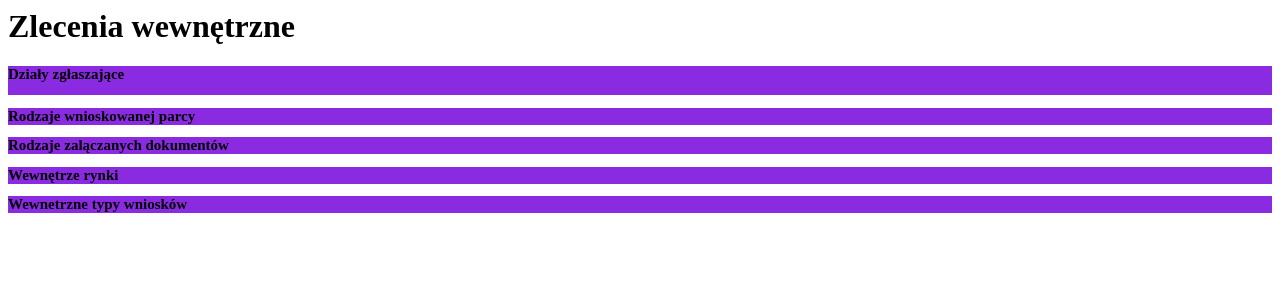
Repository: emdes515/EHpanel
Page: html/dashboardZleceniaWewnetrzne.html
An editor plug-in stored every save of this project. The page is shown before and after the next save, followed by the edit.
The browser window is 1280 px wide. The pictures show the whole page.

Above is the page before, as saved 2024-04-18 07:43:09.
Console error: ReferenceError: $ is not defined

### html/dashboardZleceniaWewnetrzne.html
<style>
	h2 {
		font-size: 15px;
		margin-top: 10px;
	}
</style>

<h1 class="text-center w-100">Zlecenia wewnętrzne</h1>

<div
	class="d-grid grid-col container-fluid text-center"
	style="height: 80vh">
	<div class="row">
		<div
			class="col border-primary"
			style="background-color: blueviolet"
			id="dashboardZleceniaWewnetrzneDzialyZglaszajace">
			<h2 style="height: 5%">Działy zgłaszające</h2>
			<div id="dashboardZleceniaWewnetrzneDzialyZglaszajacePulpit"></div>
		</div>

		<div
			class="col border-primary"
			style="background-color: blueviolet"
			id="dashboardZleceniaWewnetrzneRodzajeWnioskowanejPracy">
			<h2>Rodzaje wnioskowanej parcy</h2>
			<div id="dashboardZleceniaWewnetrzneRodzajeWnioskowanejPracyPulpit"></div>
		</div>

		<div
			class="col border-primary"
			style="background-color: blueviolet"
			id="dashboardZleceniaWewnetrzneRodzajeZalaczanychDokumentow">
			<h2>Rodzaje zalączanych dokumentów</h2>
			<div id="dashboardZleceniaWewnetrzneRodzajeZalaczanychDokumentowPulpit"></div>
		</div>
	</div>

	<div class="row">
		<div
			class="col-4 border-primary"
			style="background-color: blueviolet"
			id="dashboardZleceniaWewnetrzneRynki">
			<h2>Wewnętrze rynki</h2>
			<div id="dashboardZleceniaWewnetrzneRynkiPulpit"></div>
		</div>

		<div
			class="col-4 border-primary"
			style="background-color: blueviolet"
			id="dashboardZleceniaWewnetrzneTypyWnioskow">
			<h2>Wewnetrzne typy wniosków</h2>
			<div id="dashboardZleceniaWewnetrzneTypyWnioskowPulpit"></div>
		</div>
	</div>

	<script
		type="text/javascript"
		src="js/dashboardZleceniaWewnetrzne.js"></script>
</div>

### js/dashboardZleceniaWewnetrzne.js
$(document).ready(function () {
	const daneJSON = wczytajDane('php/index.php', {
		modul: 'dashboardZleceniaWewnetrzne',
		funkcja: 'wczytaj',
		idPracownika: wczytajDane('php/index.php', {
			modul: 'logowanie',
			funkcja: 'getIdPracownika',
		}).wynik,
	});

	if (daneJSON['menu_zleceniaWewnetrzne_dzialZglaszajacy'].menu_zleceniaWewnetrzne_dzialZglaszajacy)
		$('#dashboardZleceniaWewnetrzneDzialyZglaszajacePulpit').html(
			daneJSON['menu_zleceniaWewnetrzne_dzialZglaszajacy'].html
		);
	else $('#dashboardZleceniaWewnetrzneDzialyZglaszajacePulpit').load('html/brakUprawnien.html');

	if (
		daneJSON['menu_zleceniaWewnetrzne_rodzajWnioskowanejPracy']
			.menu_zleceniaWewnetrzne_rodzajWnioskowanejPracy
	)
		$('#dashboardZleceniaWewnetrzneRodzajeWnioskowanejPracyPulpit').html(
			daneJSON['menu_zleceniaWewnetrzne_rodzajWnioskowanejPracy'].html
		);
	else
		$('#dashboardZleceniaWewnetrzneRodzajeWnioskowanejPracyPulpit').load('html/brakUprawnien.html');

	if (
		daneJSON['menu_zleceniaWewnetrzne_rodzajZalaczanychDokumentow']
			.menu_zleceniaWewnetrzne_rodzajZalaczanychDokumentow
	)
		$('#dashboardZleceniaWewnetrzneRodzajeZalaczanychDokumentowPulpit').html(
			daneJSON['menu_zleceniaWewnetrzne_rodzajZalaczanychDokumentow'].html
		);
	else
		$('#dashboardZleceniaWewnetrzneRodzajeZalaczanychDokumentowPulpit').load(
			'html/brakUprawnien.html'
		);

	if (daneJSON['menu_zleceniaWewnetrzne_rynkek'].menu_zleceniaWewnetrzne_rynkek)
		$('#dashboardZleceniaWewnetrzneRynkiPulpit').html(
			daneJSON['menu_zleceniaWewnetrzne_rynkek'].html
		);
	else $('#dashboardZleceniaWewnetrzneRynkiPulpit').load('html/brakUprawnien.html');

	if (daneJSON['menu_zleceniaWewnetrzne_typWniosku'].menu_zleceniaWewnetrzne_typWniosku)
		$('#dashboardZleceniaWewnetrzneTypyWnioskowPulpit').html(
			daneJSON['menu_zleceniaWewnetrzne_typWniosku'].html
		);
	else $('#dashboardZleceniaWewnetrzneTypyWnioskowPulpit').load('html/brakUprawnien.html');
});

After the next save:
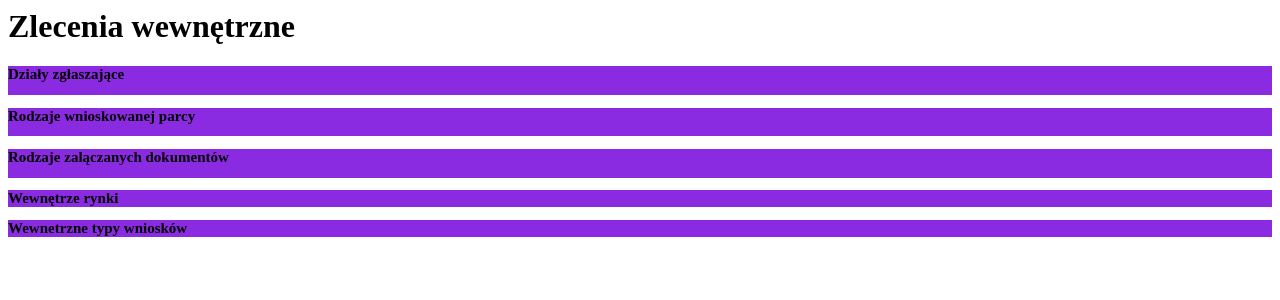
Saved 13 s later.
--- a/html/dashboardZleceniaWewnetrzne.html
+++ b/html/dashboardZleceniaWewnetrzne.html
@@ -23,7 +23,7 @@
 			class="col border-primary"
 			style="background-color: blueviolet"
 			id="dashboardZleceniaWewnetrzneRodzajeWnioskowanejPracy">
-			<h2>Rodzaje wnioskowanej parcy</h2>
+			<h2 style="height: 5%">Rodzaje wnioskowanej parcy</h2>
 			<div id="dashboardZleceniaWewnetrzneRodzajeWnioskowanejPracyPulpit"></div>
 		</div>
 
@@ -31,7 +31,7 @@
 			class="col border-primary"
 			style="background-color: blueviolet"
 			id="dashboardZleceniaWewnetrzneRodzajeZalaczanychDokumentow">
-			<h2>Rodzaje zalączanych dokumentów</h2>
+			<h2 style="height: 5%">Rodzaje zalączanych dokumentów</h2>
 			<div id="dashboardZleceniaWewnetrzneRodzajeZalaczanychDokumentowPulpit"></div>
 		</div>
 	</div>
